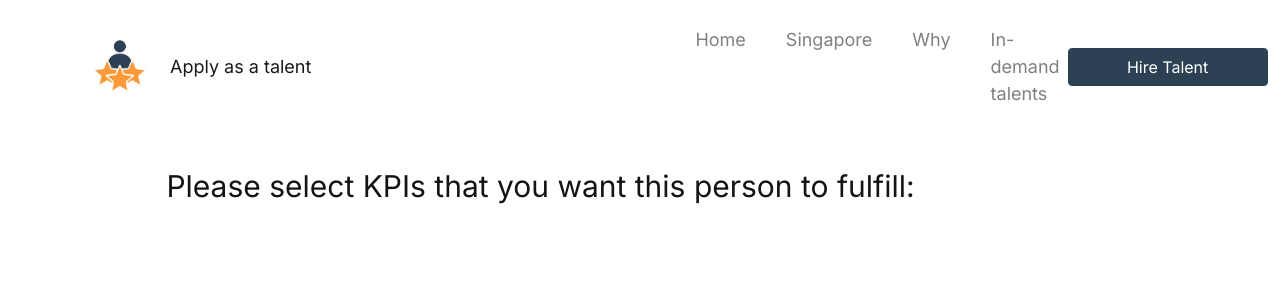
Repository: Ashwe9/talent-hire-reactJs
Page: /kpis
An editor plug-in stored every save of this project. The page is shown before and after a run of saves, followed by the edit.
The browser window is 1280 px wide. The pictures show the whole page.
The project was rebuilt for these pictures with package versions that can differ from the ones it lists, and the page was loaded fresh each time. A package was used in the major version that the imports need, not the one package.json lists. Also part of the build but not shown: src/homePage/components/TrustedBy/TrustedBy.css, src/homePage/components/TrustedBy/TrustedBy.js, src/homePage/components/Roles/Roles.css, src/homePage/components/Roles/Roles.js, src/homePage/components/homePageFooter/HomePageFooter.css, src/homePage/components/homePageFooter/HomePageFooter.js, src/homePage/HomePage.js, src/projectDetails/ProjectDetails.js.

Above is the page before, as saved 2022-08-18 13:34:19.

After the next 2 saves:
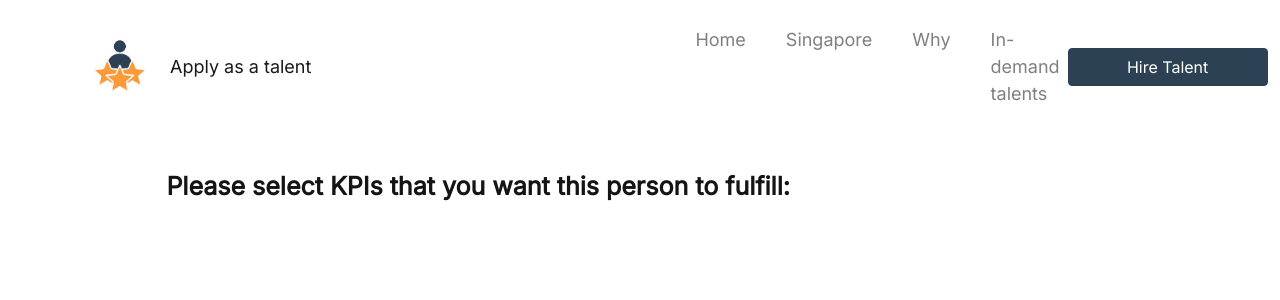
The 2 saves are shown as one change because they came seconds apart.
The last was saved 12 s later.
--- a/src/kpisPage/Header.css
+++ b/src/kpisPage/Header.css
@@ -7,8 +7,8 @@
 .header-by-title{
     font-family: "Inter";
     font-style: bolder;
-    font-weight: 500;
-    font-size: 30px;
+    font-weight: 700;
+    font-size: 25px;
     line-height: 30px;
     align-items: center;
     color: #141414;
